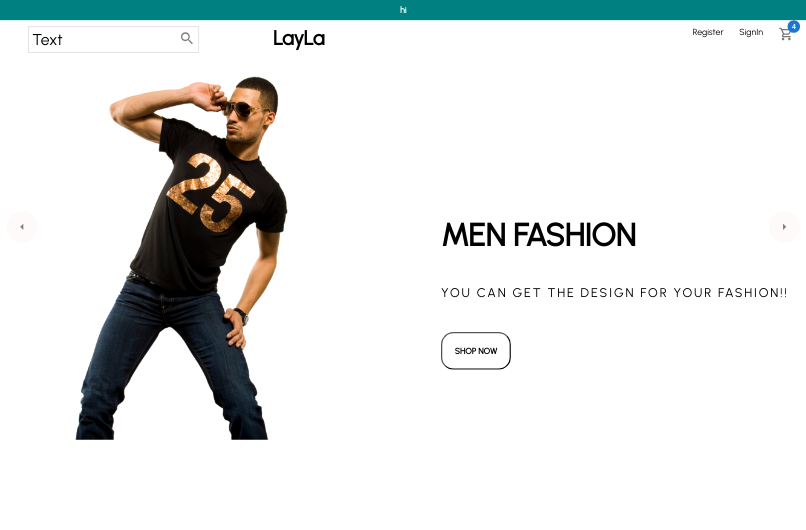
Repository: WaiMaungMaung/React_Ecom
Page: /
An editor plug-in stored every save of this project. The page is shown before and after the next save, followed by the edit.
The browser window is 1280 px wide. The pictures show the whole page, at 63% of full size.
The project was rebuilt for these pictures with package versions that can differ from the ones it lists, and the page was loaded fresh each time.

Above is the page before, as saved 2022-05-06 13:57:48.

After the next save:
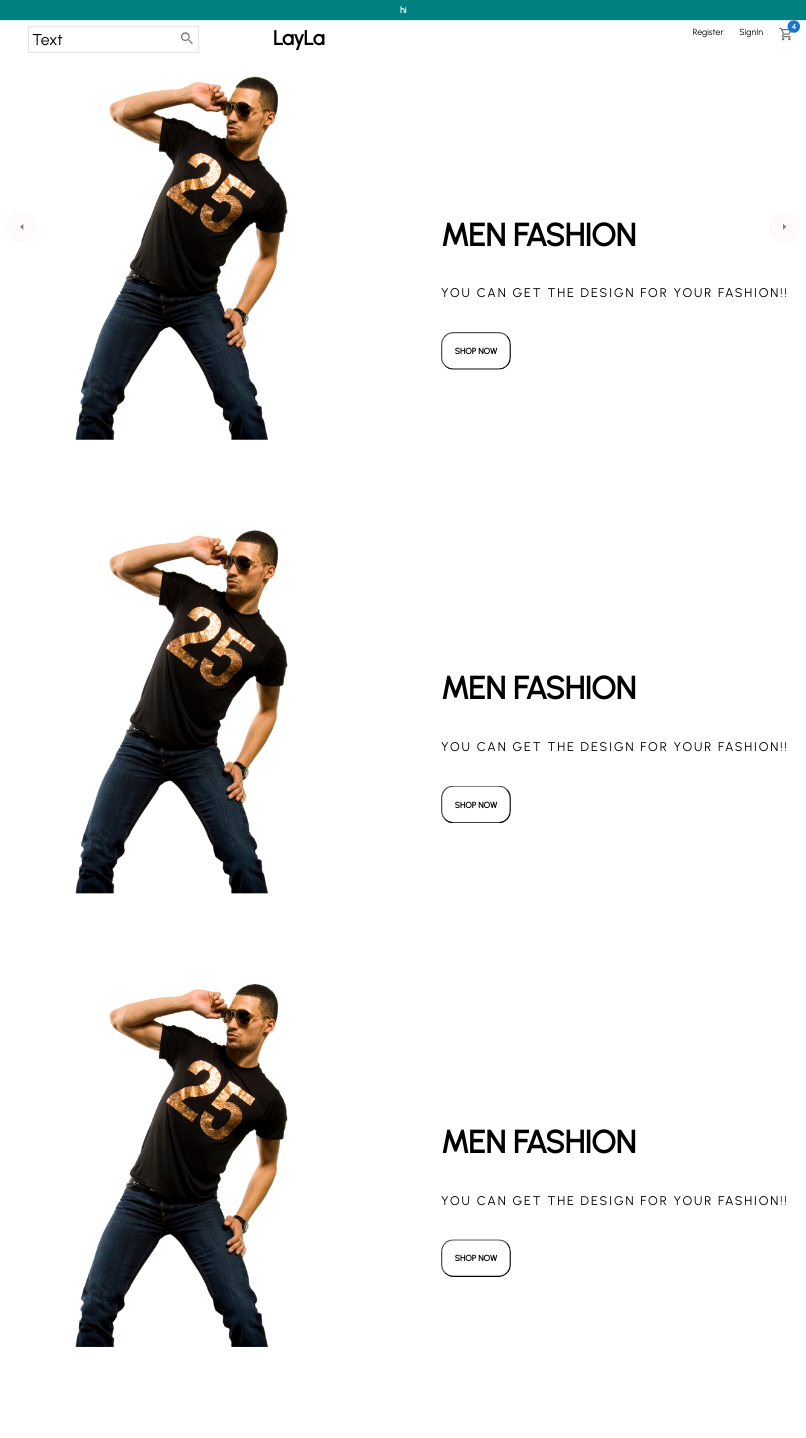
Saved 13 s later.
--- a/src/components/Slider.jsx
+++ b/src/components/Slider.jsx
@@ -80,6 +80,26 @@ const Slider = () => {
             <Button>SHOP NOW</Button>
           </InfoContainer>
         </Slide>
+        <Slide>
+          <ImgContainer>
+            <Image src={Clothes} />
+          </ImgContainer>
+          <InfoContainer>
+            <Title>MEN FASHION</Title>
+            <Desc>YOU CAN GET THE DESIGN FOR YOUR FASHION!!</Desc>
+            <Button>SHOP NOW</Button>
+          </InfoContainer>
+        </Slide>
+        <Slide>
+          <ImgContainer>
+            <Image src={Clothes} />
+          </ImgContainer>
+          <InfoContainer>
+            <Title>MEN FASHION</Title>
+            <Desc>YOU CAN GET THE DESIGN FOR YOUR FASHION!!</Desc>
+            <Button>SHOP NOW</Button>
+          </InfoContainer>
+        </Slide>
       </Wrapper>
 
       <Arrow direction="right">
